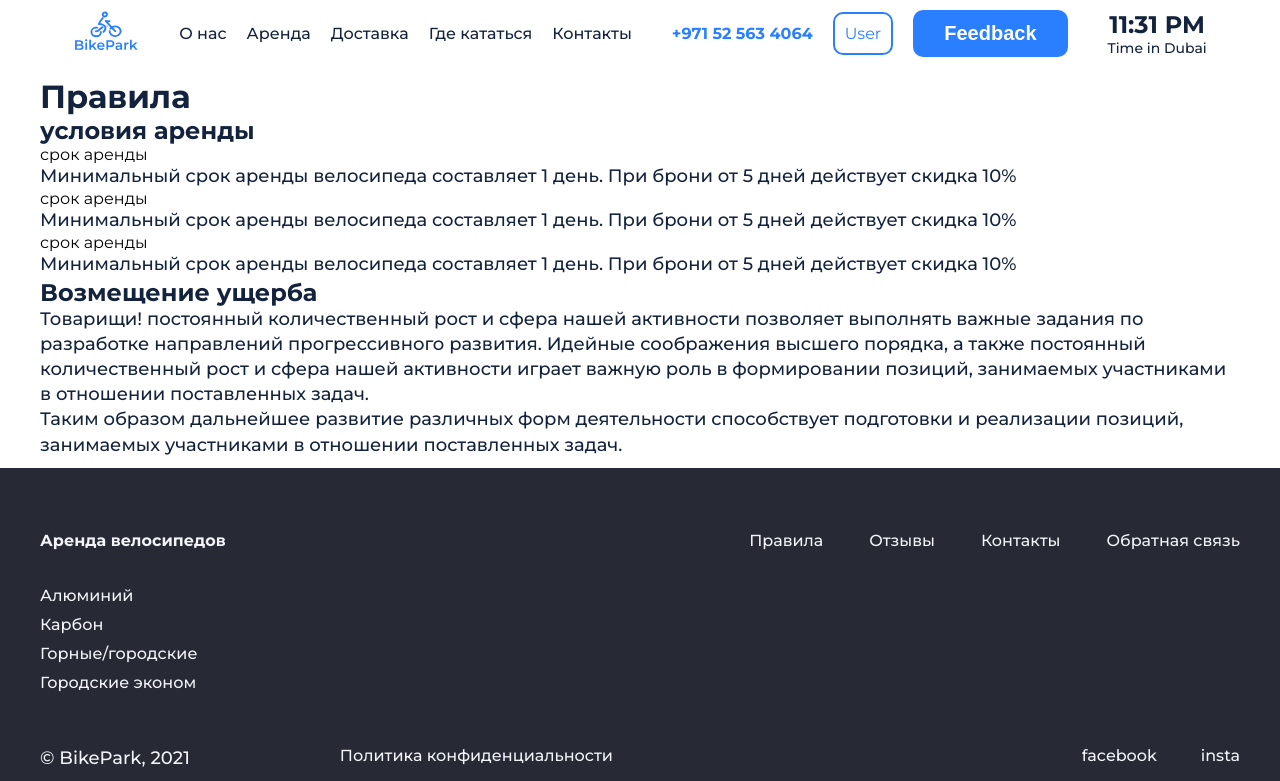
Repository: NineSirius/bikepark
Page: /delivery/rules
The author's editor kept a copy of each file at every save. The page is drawn from the files as they stood at one save, then again after the next save.
The browser window is 1280 px wide. The pictures show the whole page.
The project was rebuilt for these pictures with package versions that can differ from the ones it lists, and the page was loaded fresh each time. The framework's server and built-in components were replaced by stand-ins that run in the browser. Also part of the build but not shown: next.config.js.

Above is the page before, as saved 2023-03-14 21:21:56.

### src/pages/_app.jsx
import { Layout } from '@/containers/Layout'
import '@/styles/globals.css'
import { Montserrat } from 'next/font/google'

const montserrat = Montserrat({
    weight: ['400', '500', '600', '700'],
    subsets: ['latin'],
})

export default function App({ Component, pageProps }) {
    return (
        <>
            <div className={montserrat.className}>
                <Layout>
                    <Component {...pageProps} />
                </Layout>
            </div>
        </>
    )
}

### src/pages/delivery/rules/index.jsx
import { RulesPage } from "@/containers/RulesPage";

const Rules = () => {
  return <RulesPage />;
};

export default Rules;

### src/containers/Layout/index.jsx
import { Footer } from '@/components/Footer'
import { Navbar } from '@/components/Navbar'
import React from 'react'

export const Layout = ({ children }) => {
    return (
        <>
            <Navbar />

            <main className="main">{children}</main>
            <Footer/>
        </>
    )
}

### src/styles/globals.css
*,
*::before,
*::after {
    box-sizing: border-box;
    margin: 0;
    padding: 0;
}

:root {
    --primary-color: #297fff;
    --primary-hover-color: #005eff;

    --bg-color: #f2f4f7;
    --borders-color: #dde3eb;
    --captions-color: #abb1c5;
    --text-box-color: #737b98;
    --text-color: #14233d;
    --bg-footer: #272934;

    --max-width: 1240px;

    --big-title-size: 4.375rem;
    --medium-title-size: 3.75rem;
    --subtitle-size: 2.5rem;
    --main-text-size: 1.875rem;
    --caption-size: 1.25rem;
    --link-size: 1rem;
}

a {
    color: var(--primary-color);
    font-size: 16px;
    font-weight: 500;
    text-decoration: none;
}

a:hover {
    color: var(--primary-hover-color);
    text-decoration: underline;
}
p {
    font-weight: 500;
    font-size: 18px;
    line-height: 140%;

    color: var(--text-color);
}
ul {
    list-style: none;
}

h1,
h2,
h3,
h4,
h5,
h6 {
    color: var(--text-color);
}

ul {
    list-style: none;
}
.container {
    max-width: var(--max-width);
    margin: 0 auto;
    padding: 10px 20px;
}

.card {
    background: #f2f4f7;
    border-radius: 20px;
    padding: 50px 40px;
}

.overlay {
    position: fixed;
    top: 0;
    left: 0;
    width: 100vw;
    height: 100vh;
    background: rgba(0, 0, 0, 0.5);
    z-index: 10;
    visibility: hidden;
    opacity: 0;
    transition: 0.2s;
}

.overlay.active {
    visibility: visible;
    opacity: 1;
}

### src/containers/RulesPage/index.jsx
import styles from "./RulesPage.module.css";

export const RulesPage = () => {
  return (
    <div className="container">
      <div className="cards">
        <h1 className="title">Правила</h1>
        <h2 className="subtitile">условия аренды</h2>
        <div className={styles.cards}>
          <div >
            <span className="caption">срок аренды</span>
            <p className="text">
              Минимальный срок аренды велосипеда составляет 1 день. При брони от
              5 дней действует скидка 10%
            </p>
          </div>
          <div>
            <span className="caption">срок аренды</span>
            <p className="text">
              Минимальный срок аренды велосипеда составляет 1 день. При брони от
              5 дней действует скидка 10%
            </p>
          </div>
          <div>
            <span className="caption">срок аренды</span>
            <p className="text">
              Минимальный срок аренды велосипеда составляет 1 день. При брони от
              5 дней действует скидка 10%
            </p>
          </div>

          <div>
            <h2 className="subtitle">Возмещение ущерба</h2>
            <p>
              Товарищи! постоянный количественный рост и сфера нашей активности
              позволяет выполнять важные задания по разработке направлений
              прогрессивного развития. Идейные соображения высшего порядка, а
              также постоянный количественный рост и сфера нашей активности
              играет важную роль в формировании позиций, занимаемых участниками
              в отношении поставленных задач.
            </p>
            <p>
              Таким образом дальнейшее развитие различных форм деятельности
              способствует подготовки и реализации позиций, занимаемых
              участниками в отношении поставленных задач.
            </p>
          </div>
        </div>
      </div>
    </div>
  );
};

### src/components/Footer/index.jsx
import styles from "./footer.module.css";
import Link from "next/link";
import clsx from "clsx";

export const Footer = () => {
  return (
    <footer className={styles.footer}>
      <div className={clsx(styles.footerContent, "container")}>
        <div className={styles.links}>
          <h4 className={styles.white}>Аренда велосипедов</h4>
          <div className={styles.gap}>
            <Link className={styles.a} href="">
              Правила
            </Link>
            <Link className={styles.a} href="">
              Отзывы
            </Link>
            <Link className={styles.a} href="">
              Контакты
            </Link>
            <Link className={styles.a} href="">
              Обратная связь
            </Link>
          </div>
        </div>

        <ul className={styles.ul}>
          <div className={styles.heightLink}>
            <li>
              <Link className={styles.a} href="">
                Алюминий
              </Link>
            </li>
            <li>
              <Link className={styles.a} href="">
                Карбон
              </Link>
            </li>
            <li>
              <Link className={styles.a} href="">
                Горные/городские
              </Link>
            </li>
            <li>
              <Link className={styles.a} href="">
                Городские эконом
              </Link>
            </li>
          </div>
        </ul>
        <div className={styles.last}>
          <p className={styles.white}>© BikePark, 2021</p>
          <Link className={styles.a} href="">
            Политика конфиденциальности
          </Link>
          <div className={styles.social}>
            <Link className={styles.a} href="">
              facebook
            </Link>
            <Link className={styles.a} href="">
              insta
            </Link>
          </div>
        </div>
      </div>
    </footer>
  );
};

### src/containers/RulesPage/RulesPage.module.css
@media (max-width: 1400px) {
  .cards {
    grid-template-columns: repeat(3, 1fr);

    gap: 40px;
  }
}

### src/components/Footer/footer.module.css
.footer {
  background: var(--bg-footer);
}
.ul {
  padding: 10px 0;
}
.a {
  color: var(--bg-color);
}
.df {
  display: flex;
  justify-content: space-between;
  max-width: 600px;
}
.links {
  margin-top: 53px;
  display: flex;
  justify-content: space-between;
}
.gap {
  display: flex;
  gap: 46px;
}
.white {
  color: var(--bg-color);
}
.heightLink {
  display: flex;
  margin-top: 26px;
  flex-direction: column;
  gap: 10px;
}
.last {
  display: flex;
  justify-content: space-between;
}
.social {
  display: flex;
  gap: 44px;
  margin-left: auto;
}

.last {
  display: flex;
  margin-top: 44px;

  gap: 150px;
}

### src/components/UI/Button/index.jsx
import clsx from 'clsx'
import styles from './Button.module.css'

const Button = ({ children, type, onClick, disabled }) => {
    return (
        <button
            className={clsx(styles.btn, type && styles[type])}
            onClick={onClick && onClick}
            disabled={disabled && disabled}
        >
            {children}
        </button>
    )
}

export default Button

### src/components/Navbar/style.module.css
.header {
    display: flex;
}

.logo {
    max-width: 66px;
}

.nav {
    display: flex;
    align-items: center;
    gap: 20px;
}

.navContainer {
    display: flex;
    align-items: center;
    gap: 40px;
    padding: 20px 40px;
}

.mobileNavContainer {
    display: flex;
    align-items: center;
    gap: 40px;
}

.navLink {
    color: var(--text-color);
}

.navLink.active {
    color: var(--primary-color);
    font-weight: 700;
}

.navLink:hover {
    text-decoration: none;
}

.controls {
    display: flex;
    align-items: center;
    gap: 20px;
}

.phone {
    font-weight: 700;
}

.navTime {
    display: flex;
    flex-direction: column;
    align-items: center;
}

.navTime span {
    font-weight: 500;
    color: var(--text-color);
    font-size: 14px;
}

.hamburger {
    display: none;
}

/* Modal */

@media (max-width: 1200px) {
    .navContainer {
        align-items: start;
    }

    .mobileNavContainer {
        justify-content: center;
        align-items: center;
        flex-direction: column;
    }
    .controls {
        margin-left: auto;
        order: 2;
    }

    .logo {
        order: 1;
    }

    .nav {
        order: 3;
    }

    .navTime {
        width: max-content;
    }
}

@media (max-width: 768px) {
    .navContainer {
        position: relative;
        width: 100vw;
        gap: 10px;
    }

    .logo {
        margin-right: auto;
        z-index: 13;
    }
    .navTime {
        margin-left: auto;
    }

    .mobileNavContainer {
        position: fixed;
        bottom: 0;
        right: 0;
        width: 100vw;
        height: 100%;
        flex-wrap: nowrap;
        flex-direction: column;
        align-items: start;
        background: #fff;
        z-index: 11;

        transition: 0.2s;
        transform: translateX(100%);
    }

    .mobileNavContainer .nav {
        padding: 40px;
        align-items: start;
        flex-direction: column;
        gap: 40px;
        order: 1;
    }

    .mobileNavContainer .nav a {
        font-size: 24px;
    }

    .mobileNavContainer .controls {
        width: 100%;
        display: flex;
        flex-direction: column;
        margin: unset;
        padding: 40px;
    }

    .logo,
    .navTime {
        z-index: 15;
    }

    .mobileNavContainer.active {
        transform: translateX(0);
    }
}

### src/components/UI/Tooltip/index.jsx
import clsx from 'clsx'
import { useState } from 'react'
import Button from '../Button'
import styles from './Tooltip.module.css'

export const Tooltip = ({ children, type, title }) => {
    const [isVisible, setIsVisible] = useState(false)
    const change = () => {
        setIsVisible((state) => !state)
    }
    return (
        <>
            <div className={styles.tooltip}>
                <div className={styles.btn}>
                    <label>
                        <input type="checkbox" onChange={change} />
                        <span className={isVisible && styles.active}>
                            {title}
                        </span>
                    </label>
                </div>
                <div
                    className={clsx(
                        styles.tooltipContent,
                        type && styles[type],
                        isVisible && styles.active,
                    )}
                >
                    {children}
                </div>
            </div>

            <div
                className={clsx(styles.overlay, isVisible && styles.active)}
                onClick={change}
            ></div>
        </>
    )
}

### src/components/Hamburger/index.jsx
import hamburgerCss from './hamburger.module.css'

import clsx from 'clsx'

export const Hamburger = ({ onClick, isActive }) => {
    return (
        <div
            className={clsx(
                hamburgerCss.hamburger,
                hamburgerCss['hamburger--slider'],
                isActive && hamburgerCss['is-active'],
            )}
            onClick={onClick}
        >
            <div className={hamburgerCss['hamburger-box']}>
                <div className={hamburgerCss['hamburger-inner']}></div>
            </div>
        </div>
    )
}

### src/components/Navbar/ContactForm/index.jsx
import { Modal } from '@/components/UI/Modal'
import { Input } from '@/components/UI/Input'
import Button from '@/components/UI/Button'
import styles from './ContactForm.module.css'
import { CheckBox } from '@/components/UI/Checkbox'
import { useState } from 'react'
import { postQuestionRequest } from '@/api/requests'

export const ContactForm = ({ feedbackActive, setFeedbackActive }) => {
    const [contactData, setContactData] = useState({
        name: '',
        phone: '',
        agreement: false,
    })

    const change = (e) => {
        setContactData((contactData) => {
            if (e.target.name !== 'agreement') {
                console.log(e.target.value)
                return {
                    ...contactData,
                    [e.target.name]: e.target.value,
                }
            } else {
                console.log(e.target.checked)

                return {
                    ...contactData,
                    [e.target.name]: e.target.checked,
                }
            }
        })
    }

    const submit = (e) => {
        e.preventDefault()
        // postQuestionRequest(contactData)
    }

    return (
        <Modal
            isVisible={feedbackActive}
            close={() => setFeedbackActive(false)}
        >
            <h2 className={styles.title}>
                Есть вопросы? Оставьте номер, и мы все обсудим
            </h2>

            <form onSubmit={submit}>
                <div className={styles.contactForm}>
                    <Input
                        type="text"
                        placeholder="Имя*"
                        name="name"
                        onChange={change}
                        required
                    />
                    <Input
                        type="text"
                        placeholder="Номер телефона*"
                        name="phone"
                        onChange={change}
                        required
                    />

                    <div className={styles.formCheck}>
                        <CheckBox
                            type="default"
                            onChange={change}
                            name="agreement"
                            required
                        />
                        <h4 className={styles['check-title']}>
                            Согласие на обработку персональных данных
                        </h4>
                    </div>

                    <Button
                        type="default_fill"
                        disabled={!contactData.agreement}
                    >
                        Отправить
                    </Button>
                </div>
            </form>
        </Modal>
    )
}

### src/components/UI/Button/Button.module.css
.btn {
    display: inline-flex;
    justify-content: center;
    align-items: center;
    color: #fff;
    font-weight: 700;
    border: unset;
    background: var(--primary-color);
    font-size: 20px;
    border-radius: 10px;
    transition: 0.2s;
}

.default,
.default_fill {
    padding: 20px 0;
    min-width: 260px;
}

.default_fill {
    width: 100%;
    font-weight: 500;
}

.default_small,
.nav_default_small {
    padding: 12px 31px;
}

.default:hover,
.default_small:hover,
.nav_default_small:hover,
.default_fill:hover {
    cursor: pointer;
    background: var(--primary-hover-color);
}

.default:disabled,
.default_small:disabled,
.nav_default_small:disabled,
.default_fill:disabled {
    background: var(--borders-color);
}

.default:disabled:hover,
.default_small:disabled:hover,
.nav_default_small:disabled:hover,
.default_fill:disabled:hover {
    cursor: not-allowed;
    background: var(--borders-color);
}

.square_outline {
    cursor: pointer;
    padding: 10px 15px;
    background: none;
    color: var(--primary-color);
    border: 2px solid var(--primary-color);
}

.square_outline:hover {
    background: var(--primary-color);
    color: #fff;
    border: 2px solid var(--primary-hover-color);
}

@media (max-width: 768px) {
    .nav_default_small {
        width: 100%;
        font-weight: 500;
    }
}

### src/components/UI/Tooltip/Tooltip.module.css
.tooltip {
    position: relative;
    display: inline-flex;
}

.tooltip input {
    display: none;
}

.tooltip span {
    display: inline-flex;
    border: 2px solid var(--primary-color);
    padding: 10px;
    border-radius: 10px;
    color: var(--primary-color);
    transition: 0.2s;
}

.tooltip span:hover {
    cursor: pointer;
    background: var(--primary-color);
    color: #fff;
}

.tooltip span.active {
    background: var(--primary-color);
    color: #fff;
}

.tooltipContent {
    width: max-content;
    max-width: 260px;
    position: absolute;
    top: 45px;
    left: 50%;
    transform: translateX(-50%);
    background: #ffffff;
    border: 1px solid var(--borders-color);
    border-radius: 2px;
    padding: 10px 24px;
    border-radius: 10px;
    z-index: 101;
    visibility: hidden;
    opacity: 0;
    transition: 0.2s;
}

.tooltipContent::before,
.tooltipContent::after {
    content: '';
    position: absolute;
    left: 50%;
    transform: translateX(-50%);
    top: -20px;
    border: 10px solid transparent;
    border-bottom: 10px solid var(--borders-color);
}
.tooltipContent::after {
    border-bottom: 10px solid white;
    top: -19px;
}

.tooltipContent.active {
    visibility: visible;
    opacity: 1;
}

.account {
    display: flex;
    flex-direction: column;
    gap: 10px;
}

.account a {
    color: var(--text-color);
}
.account a:hover {
    color: var(--text-color);
}

.overlay {
    position: fixed;
    top: 0;
    left: 0;
    width: 100vw;
    height: 100vh;
    z-index: 100;

    display: none;
}

.overlay.active {
    display: block;
}

### src/components/Hamburger/hamburger.module.css
.hamburger {
    padding: 15px 0;
    display: none;
    cursor: pointer;
    transition-property: opacity, filter;
    transition-duration: 0.15s;
    transition-timing-function: linear;
    font: inherit;
    color: inherit;
    text-transform: none;
    background-color: transparent;
    border: 0;
    margin: 0;
    overflow: visible;
    z-index: 12;
}
.hamburger:hover {
    opacity: 0.7;
}
.hamburger.is-active:hover {
    opacity: 0.7;
}
.hamburger.is-active .hamburger-inner,
.hamburger.is-active .hamburger-inner::before,
.hamburger.is-active .hamburger-inner::after {
    background-color: #000;
}

.hamburger-box {
    width: 40px;
    height: 24px;
    display: inline-block;
    position: relative;
}

.hamburger-inner {
    display: block;
    top: 50%;
    margin-top: -2px;
}
.hamburger-inner,
.hamburger-inner::before,
.hamburger-inner::after {
    width: 40px;
    height: 4px;
    background-color: #000;
    border-radius: 4px;
    position: absolute;
    transition-property: transform;
    transition-duration: 0.15s;
    transition-timing-function: ease;
}
.hamburger-inner::before,
.hamburger-inner::after {
    content: '';
    display: block;
}
.hamburger-inner::before {
    top: -10px;
}
.hamburger-inner::after {
    bottom: -10px;
}

.hamburger--slider .hamburger-inner {
    top: 2px;
}
.hamburger--slider .hamburger-inner::before {
    top: 10px;
    transition-property: transform, opacity;
    transition-timing-function: ease;
    transition-duration: 0.15s;
}
.hamburger--slider .hamburger-inner::after {
    top: 20px;
}

.hamburger--slider.is-active .hamburger-inner {
    transform: translate3d(0, 10px, 0) rotate(45deg);
}
.hamburger--slider.is-active .hamburger-inner::before {
    transform: rotate(-45deg) translate3d(-5.71429px, -6px, 0);
    opacity: 0;
}
.hamburger--slider.is-active .hamburger-inner::after {
    transform: translate3d(0, -20px, 0) rotate(-90deg);
}

.hamburger--slider-r .hamburger-inner {
    top: 2px;
}
.hamburger--slider-r .hamburger-inner::before {
    top: 10px;
    transition-property: transform, opacity;
    transition-timing-function: ease;
    transition-duration: 0.15s;
}
.hamburger--slider-r .hamburger-inner::after {
    top: 20px;
}

.hamburger--slider-r.is-active .hamburger-inner {
    transform: translate3d(0, 10px, 0) rotate(-45deg);
}
.hamburger--slider-r.is-active .hamburger-inner::before {
    transform: rotate(45deg) translate3d(5.71429px, -6px, 0);
    opacity: 0;
}
.hamburger--slider-r.is-active .hamburger-inner::after {
    transform: translate3d(0, -20px, 0) rotate(90deg);
}

@media (max-width: 768px) {
    .hamburger {
        display: inline-flex;
    }
}

### src/components/UI/Modal/index.jsx
import clsx from 'clsx'
import styles from './Modal.module.css'

export const Modal = ({ children, isVisible, close }) => {
    return (
        <>
            <div className={clsx(styles.modal, isVisible && styles.active)}>
                {children}
            </div>

            <div
                className={clsx('overlay', isVisible && 'active')}
                onClick={close}
            ></div>
        </>
    )
}

### src/components/UI/Input/index.jsx
import styles from './style.module.css'

export const Input = ({ type, placeholder, onChange, name, required }) => {
    return (
        <>
            <label>
                <div className={styles.inputWrap}>
                    <input
                        type={type}
                        name={name && name}
                        onChange={onChange && onChange}
                        placeholder={placeholder}
                        required={required && required}
                    />
                </div>
            </label>
        </>
    )
}

### src/components/Navbar/ContactForm/ContactForm.module.css
.contactForm {
    display: flex;
    flex-direction: column;
    gap: 20px;
}

.title {
    margin-bottom: 35px;
    font-weight: 600;
    font-size: 28px;
}

.formCheck {
    display: flex;
    align-items: center;
    gap: 15px;
}

.check-title {
    font-weight: 500;
}

### src/components/UI/Checkbox/index.jsx
import styles from './Checkbox.module.css'

export const CheckBox = ({ type, onChange, name, required }) => {
    return (
        <label>
            <div className={styles.checkbox}>
                <input
                    type="checkbox"
                    onChange={onChange && onChange}
                    name={name && name}
                    required={required && required}
                />
                <span className={type && styles[type]}></span>
            </div>
        </label>
    )
}

### src/components/UI/Modal/Modal.module.css
.modal {
    max-width: 640px;
    position: fixed;
    top: 50%;
    left: 50%;
    transform: translate(-50%, -50%);

    background: #ffffff;
    border-radius: 15px;
    padding: 40px;

    visibility: hidden;
    opacity: 0;
    transition: 0.2s;
    z-index: 12;
}

.modal.active {
    visibility: visible;
    opacity: 1;
}

### src/components/UI/Input/style.module.css
.inputWrap {
    width: 100%;
    background: #ffffff;
    border: 1px solid #dde3eb;
    border-radius: 15px;
    padding: 20px;
}

.inputWrap input {
    display: inline-flex;
    border: unset;
    background: unset;
    outline: unset;
    color: var(--text-color);
    font-weight: 500;
    font-size: 18px;
}

.inputWrap input::placeholder {
    font-weight: 500;
    font-size: 18px;
    color: var(--text-box-color);
}

### src/components/UI/Checkbox/Checkbox.module.css
.checkbox input[type='checkbox'] {
    display: none;
}

.default {
    display: flex;
    border: 1px solid var(--borders-color);
    background: #fff;
    width: 32px;
    height: 32px;
    border-radius: 10px;
    transition: 0.2s;
    justify-content: center;
    align-items: center;
}

.checkbox:hover {
    cursor: pointer;
}

.checkbox input[type='checkbox']:checked + .default {
    background: var(--primary-color);
    border: unset;
}

.checkbox input[type='checkbox']:checked + .default::before {
    content: '✓';
    color: #fff;
    font-size: 20px;
}

Loaded but not shown: src/pages/_document.js (common file); src/components/Navbar/navData.js (27 lines, source omitted); src/api/requests.js (9 lines, source omitted); src/components/Navbar/index.jsx (110 lines, source omitted)

After the next save:
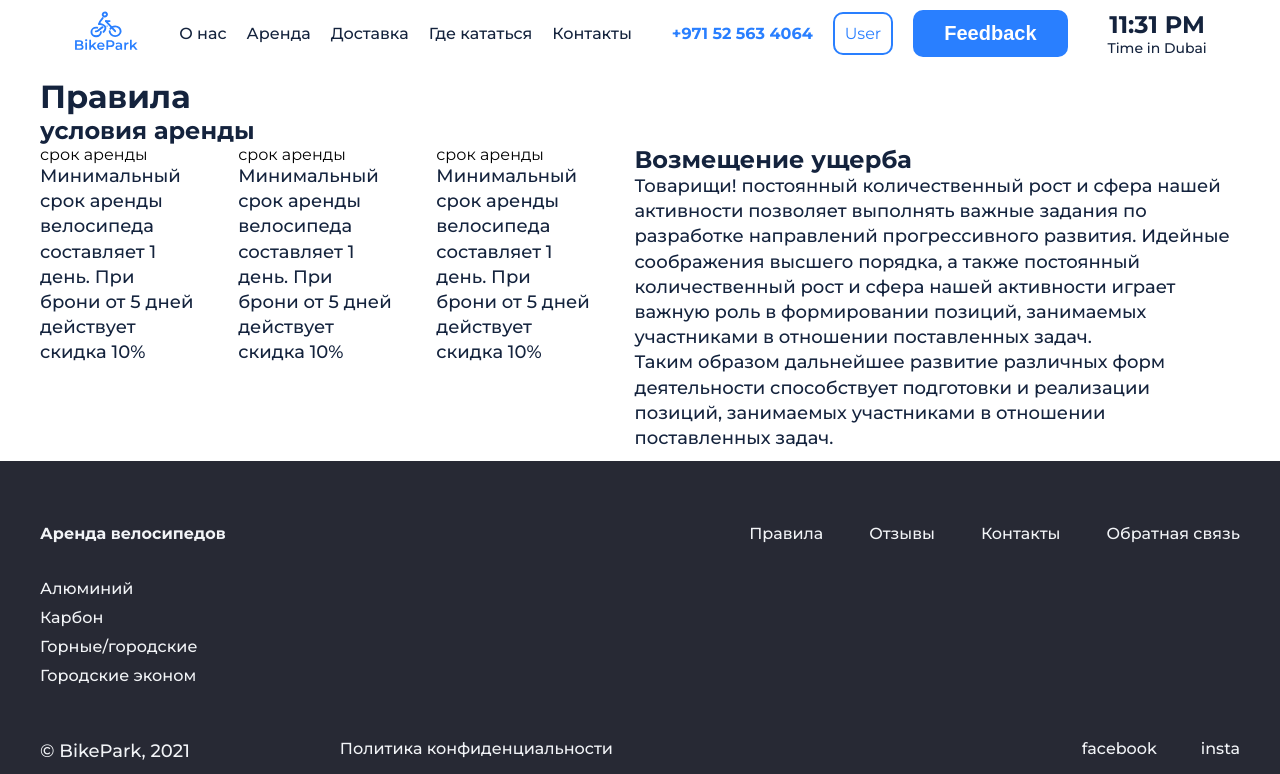
Saved 36 s later.
--- a/src/containers/RulesPage/RulesPage.module.css
+++ b/src/containers/RulesPage/RulesPage.module.css
@@ -1,6 +1,6 @@
 @media (max-width: 1400px) {
   .cards {
-    grid-template-columns: repeat(3, 1fr);
+    display: flex;
 
     gap: 40px;
   }
